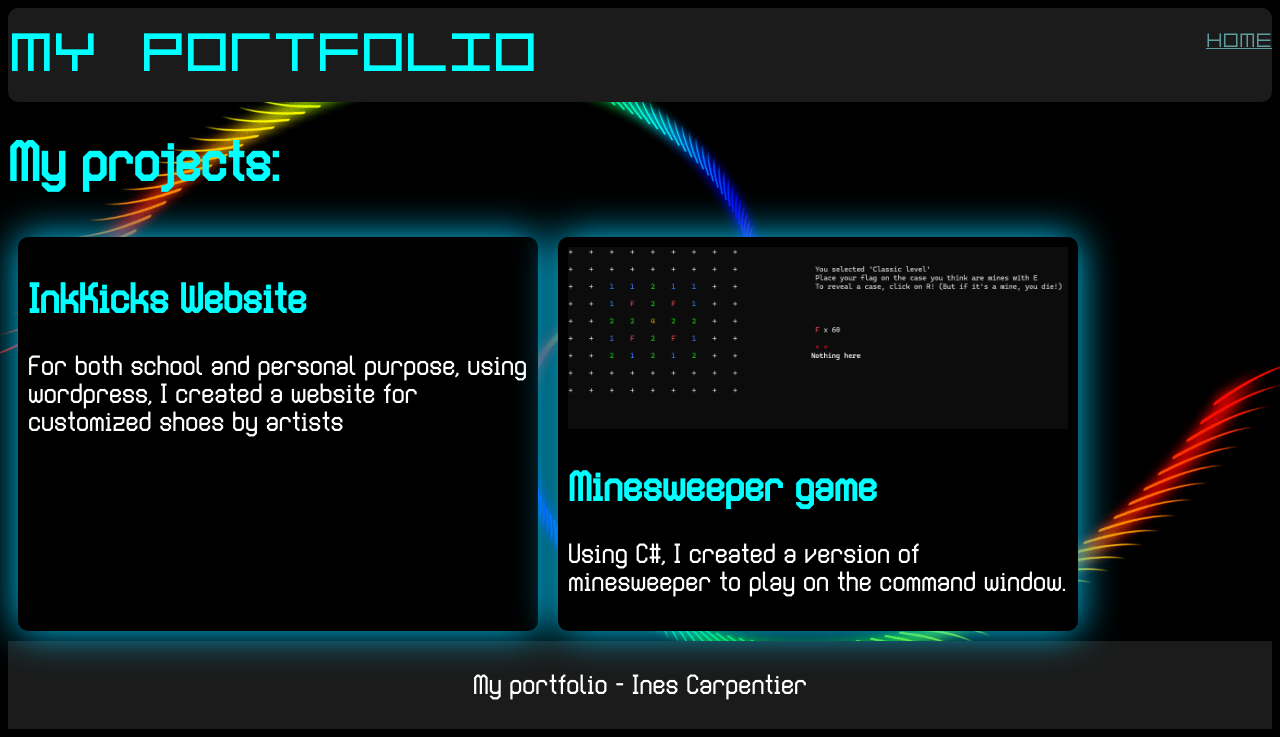
Repository: InsCarp/InsCarp
Page: InkKicks.html
The author's editor kept a copy of each file at every save. The page is drawn from the files as they stood at one save, then again after the next save.
The browser window is 1280 px wide. The pictures show the whole page.
Backgrounds fixed to the window are drawn as part of the page.

Above is the page before, as saved 2026-05-13 21:47:57.

### InkKicks.html
<!DOCTYPE html>
<html lang="en">
<head>
    <meta charset="UTF-8">
    <meta name="viewport" content="width=device-width, initial-scale=1.0">
    <link rel="icon" href="/assets/images/Logo.svg" type="image/svg" />
    <link rel="stylesheet" href="/styles/globals.css" type="text/css"/>
    <link rel="stylesheet" href="/styles/project.css" type="text/css"/>

    <title>My portfolio - InkKicks</title>
</head>
<header>
    <h1 id="Title">My portfolio</h1>
    <nav>
        <a href="index.html">Home</a>

    </nav>
</header>
<body>
    <h1>My projects:</h1>
    <aside>
        <article id="web">
            <a href="https://inkkicks.wordpress.com/" target="blank">
            </a>
            <h2>InkKicks Website</h2>
             <p>For both school and personal purpose, using wordpress, I created a website for customized shoes by artists</p>
        </article>
        <article id="csharp">
            <a href="/minesweeper.html" target="myproject">
             <img src="/assets/images/minesweeper.png" alt="Image of my project" id="mine"/>
            </a>
            <h2>Minesweeper game</h2>
            <p>Using C#, I created a version of minesweeper to play on the command window.</p>

        </article>
    </aside>
</body>
<footer>
    <p>My portfolio - Ines Carpentier</p>
</footer>
</html>

### styles/globals.css
@font-face {
    font-family: Title;
    src: url(/assets/fonts/Y224-2vdae.ttf);
}
@font-face {
    font-family: Portfolio;
    src: url(/assets/fonts/Eightgon-OGn6p.ttf);
}

html{
    font-size:25px;
}

a {
    color:cadetblue;
}

a:visited{
    color:aquamarine;
}
a:hover{
    color:greenyellow;
}
a:active{
    color:yellow;
}

body{
    background-color:rgb(0, 2, 36);
    color:rgb(255, 255, 255);
    background-image: url(../assets/images/back.gif);
    background-size: cover;
    background-repeat: no-repeat;
    background-attachment: fixed;
    font-family: Portfolio;
}




h1, h2{
    color:aqua;

}

h3{
    color:aquamarine;
}


header {
    position:sticky;
    top:0;
    display: flex;
    flex-direction: row;
    font-family: Title;
    background-color:rgb(27, 27, 27);
    font-size:0.5rem;


}
nav{
    display:none;
}

footer{

    text-align: center;
    background-color:rgb(27, 27, 27);
    padding:0.2rem;


}

@media only screen and (min-width: 800px){
    header {
    justify-content: space-between;
    border-radius: 10px;
    font-size:0.8rem;

}
nav{
    text-align:right;
    display:initial;
    font-size:0.4rem;
    margin-top:10px;


}
}

@media only screen and (min-width: 1200px){
    header {
    display: flex;
    flex-direction: row;
    font-family: Title;
    justify-content: space-between;



}
nav{
    text-align:right;
    display:initial;
    font-size:0.6rem;
    margin-top:2%;



}
}

### styles/project.css
@keyframes grow{
    20%{
        transform: scale(1.05);
    }
        100%{
        transform: scale(1.05);
    }

}







#mine{
    width: 13rem;
}

aside{
    display: flex;
    flex-direction: column;

}

article {
    width: 13rem;
    margin: 10px;
  background-color:rgb(0, 0, 0);
  padding:10px;
  border: 3px;
  border-radius:10px;
  box-shadow: 0 0 40px 0 rgb(0, 204, 255);
  opacity: 20;


}

@media only screen and (min-width: 800px){
    aside{
    display: grid;
    grid-template-columns: 1fr 3fr;
}
#webimg {
    width: 20rem;
}

#mine{
    width: 20rem;
}
article {
    width: 20rem;

}
article:hover{
    animation: grow 2s;

}

}

After the next save:
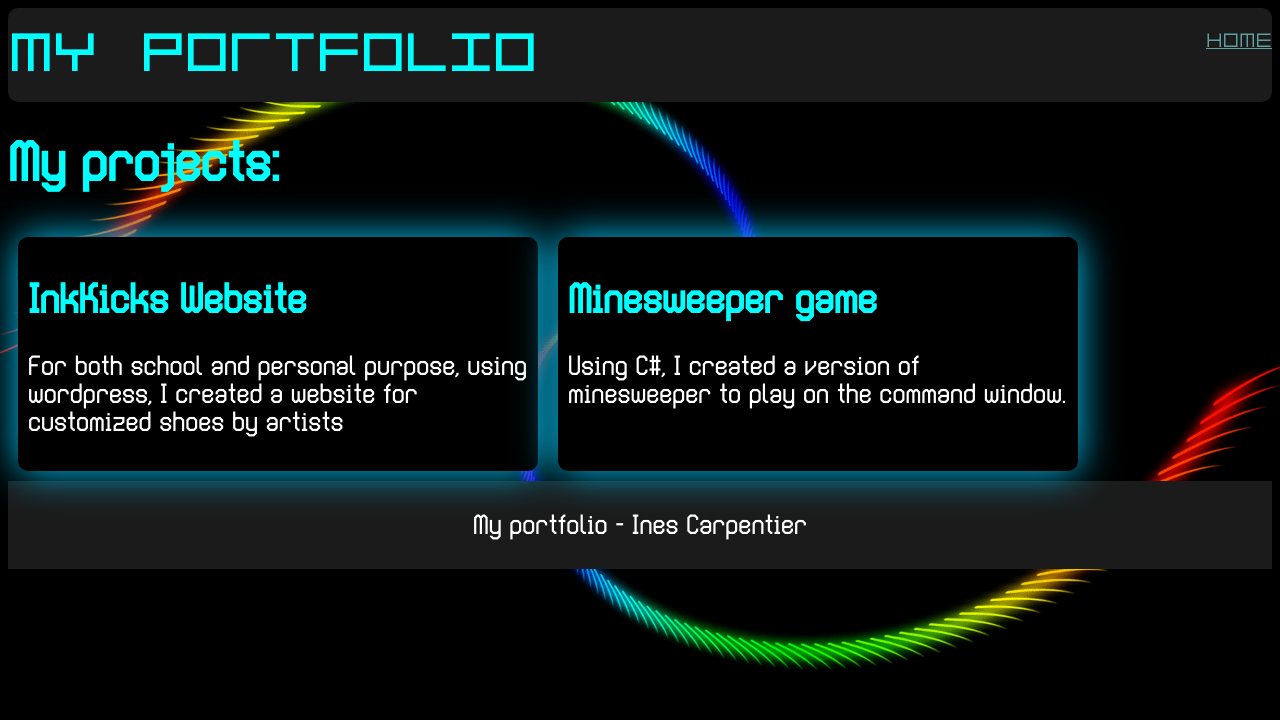
Saved 6 s later.
--- a/InkKicks.html
+++ b/InkKicks.html
@@ -27,7 +27,6 @@
         </article>
         <article id="csharp">
             <a href="/minesweeper.html" target="myproject">
-             <img src="/assets/images/minesweeper.png" alt="Image of my project" id="mine"/>
             </a>
             <h2>Minesweeper game</h2>
             <p>Using C#, I created a version of minesweeper to play on the command window.</p>
